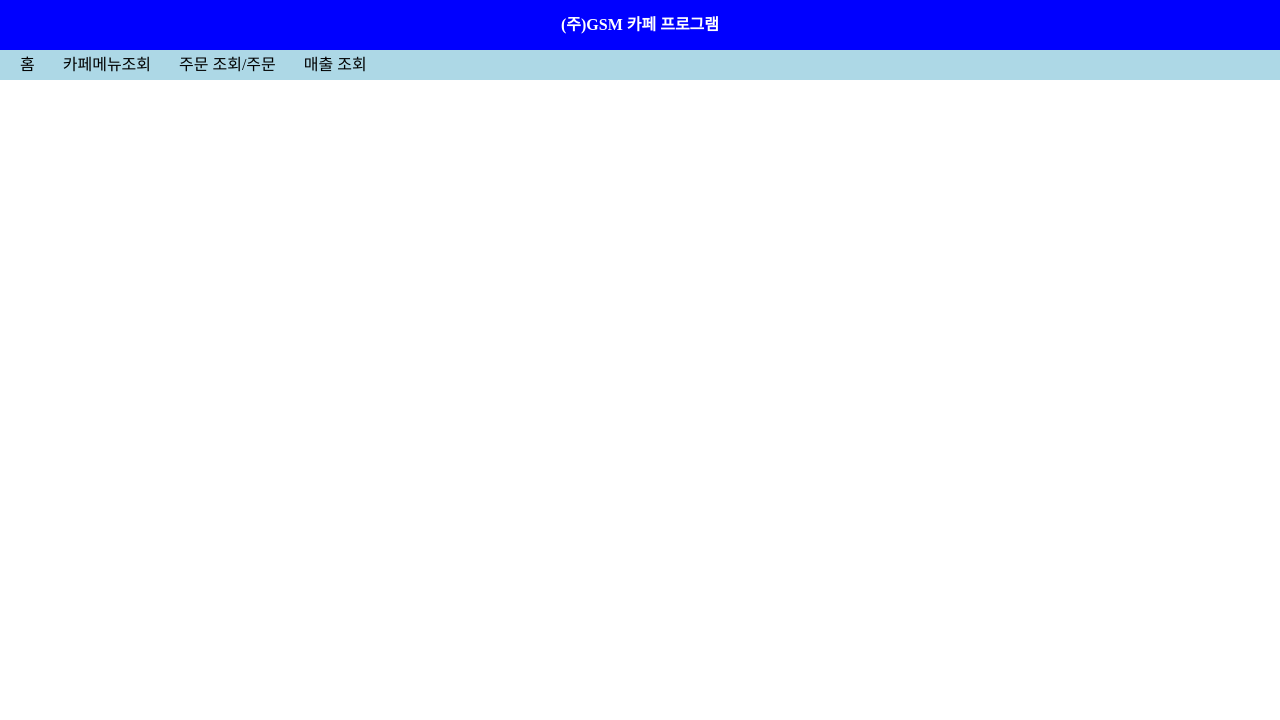
Repository: jiye-stingray/JSP
Page: http://localhost/Cafe/index.jsp
The author's editor kept a copy of each file at every save. The page is drawn from the files as they stood at one save, then again after the next save.
The browser window is 1280 px wide. The pictures show the whole page.
The page is served by Tomcat 9.

Above is the page before, as saved 2022-09-22 10:58:52.

After the next save:
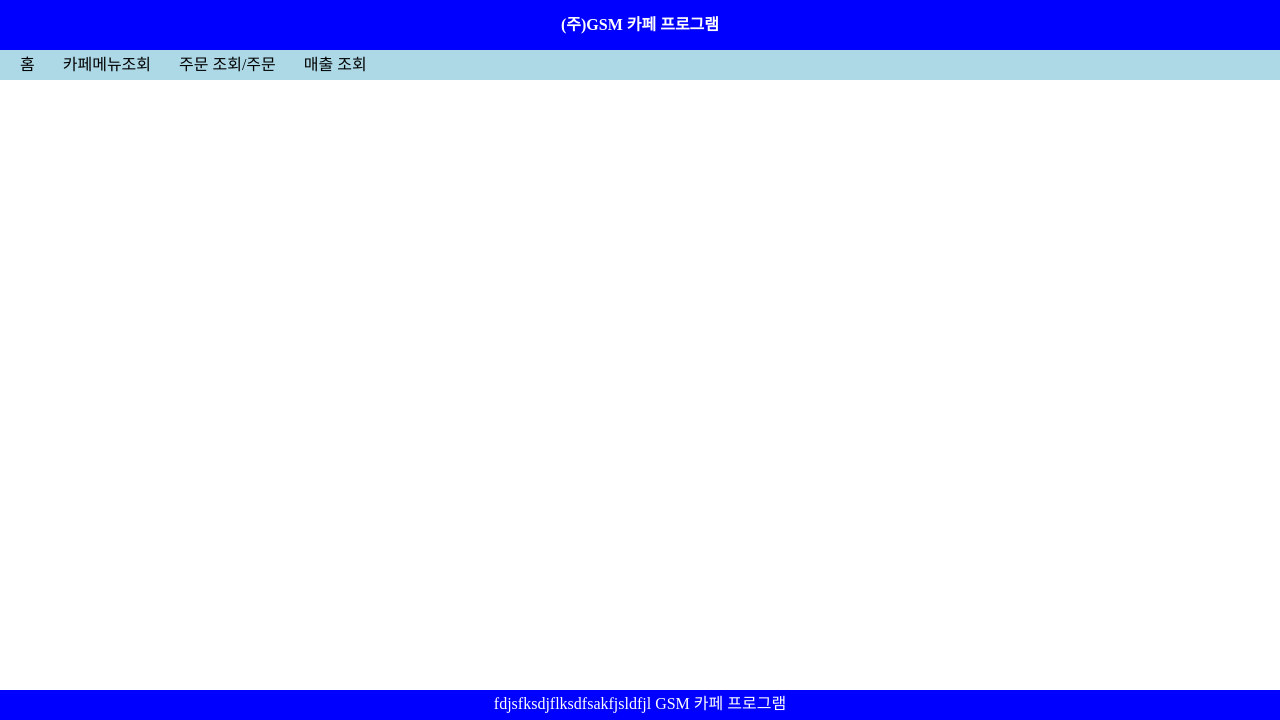
Saved 20 s later.
--- a/WithMIRA/Cafe/src/main/webapp/index.jsp
+++ b/WithMIRA/Cafe/src/main/webapp/index.jsp
@@ -10,6 +10,6 @@
 <body>
 <jsp:include page="header.jsp"></jsp:include>
 
-
+<jsp:include page="footer.jsp"></jsp:include>
 </body>
 </html>
